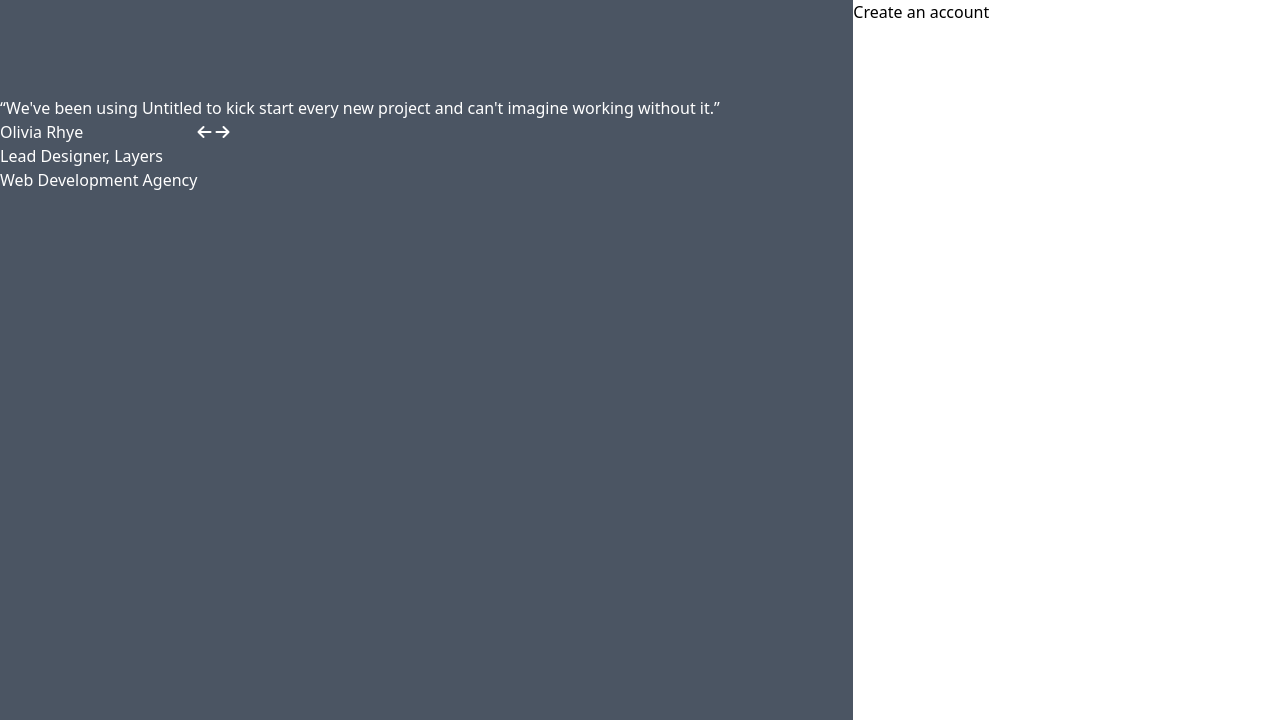
Repository: debthebuilder/youtube-html-contact-form-tailwindcss
Page: contact.html
The author's editor kept a copy of each file at every save. The page is drawn from the files as they stood at one save, then again after the next save.
The browser window is 1280 px wide. The pictures show the whole page.
Some web libraries are served in a nearby version.

Above is the page before, as saved 2022-08-03 05:31:30.

After the next save:
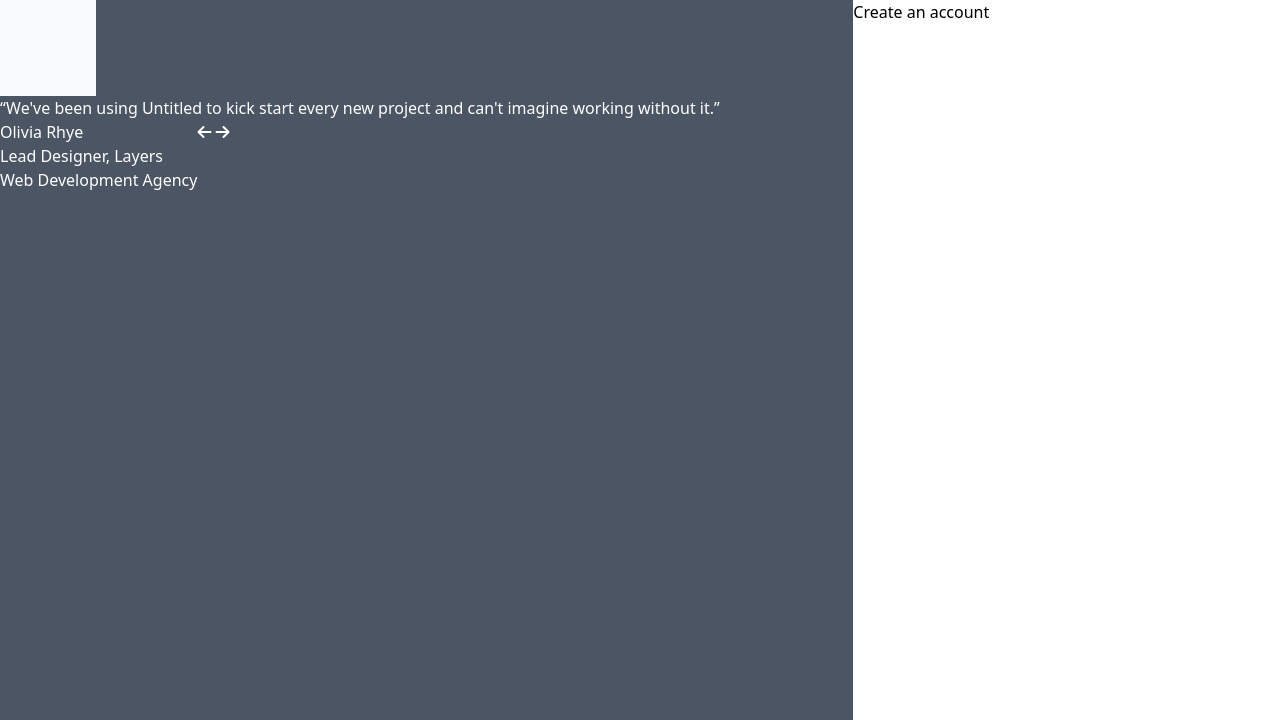
Saved 18 s later.
--- a/contact.html
+++ b/contact.html
@@ -13,7 +13,7 @@
         <!--Background Image with Overlay text-->
         <div class="w-4/6 bg-gray-600 text-white">
             <a href="#">
-                <div class="w-24 h-24 bor"></div>
+                <div class="w-24 h-24 bg-gray-50"></div>
             </a>
             <q>We've been using Untitled to kick start every new project and can't imagine working without it.</q>
             <div class="flex">
